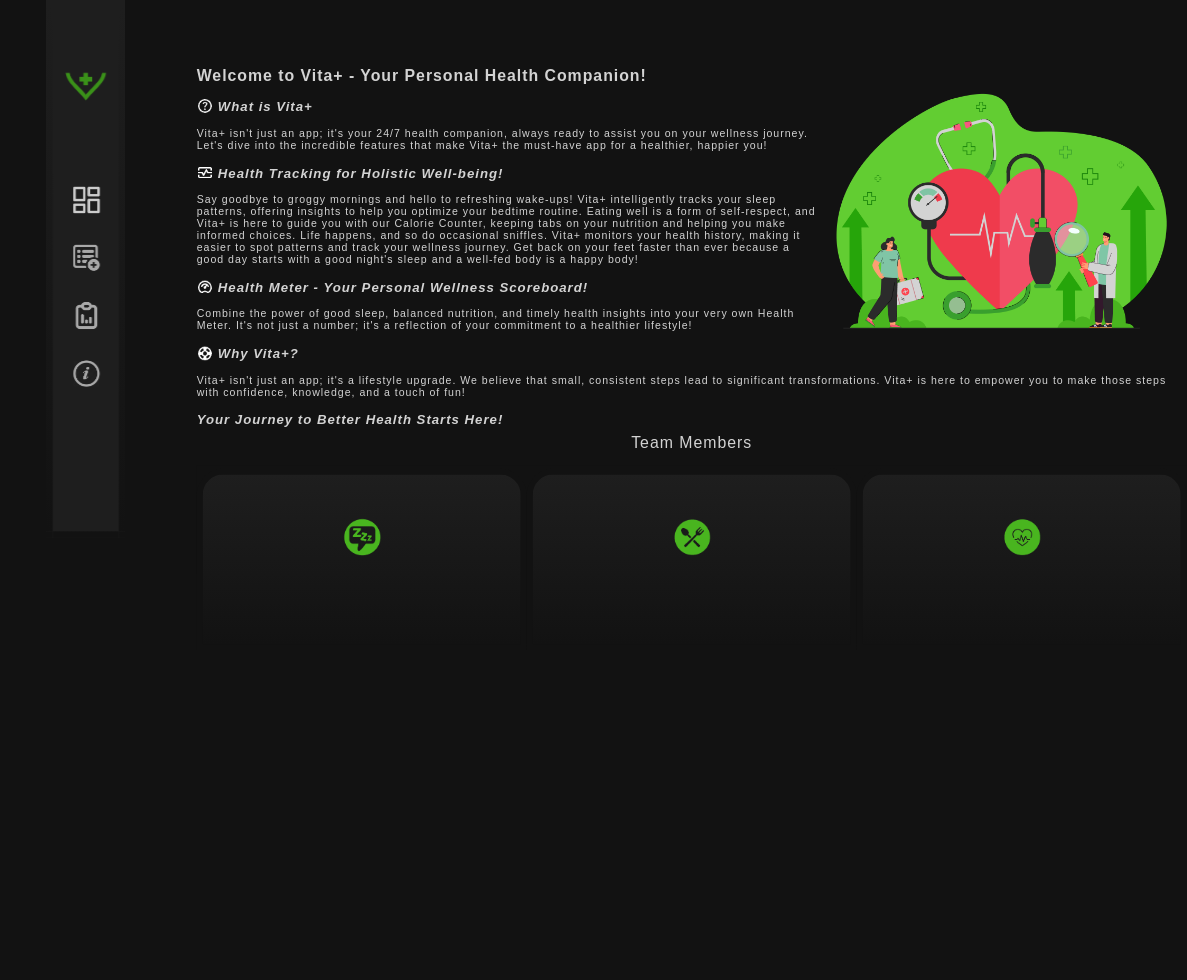
Repository: mhmd-bilal/health-analytics-dashboard
Page: http://localhost/project/info.jsp
These files come from the project's save history. The page is drawn as it stood at one moment and after the next save; the edit follows.
The browser window is 1280 px wide. The page is 1798 px wide, so the pictures cover 1798 px, including what lies to the right of the window. The pictures show the whole page, at 66% of full size.
Some web fonts or font styles are not loaded; a fallback is used. Some web libraries are served in a nearby version. The page is served by Tomcat 10.

Above is the page before, as saved 2023-12-06 15:54:45.

After the next save:
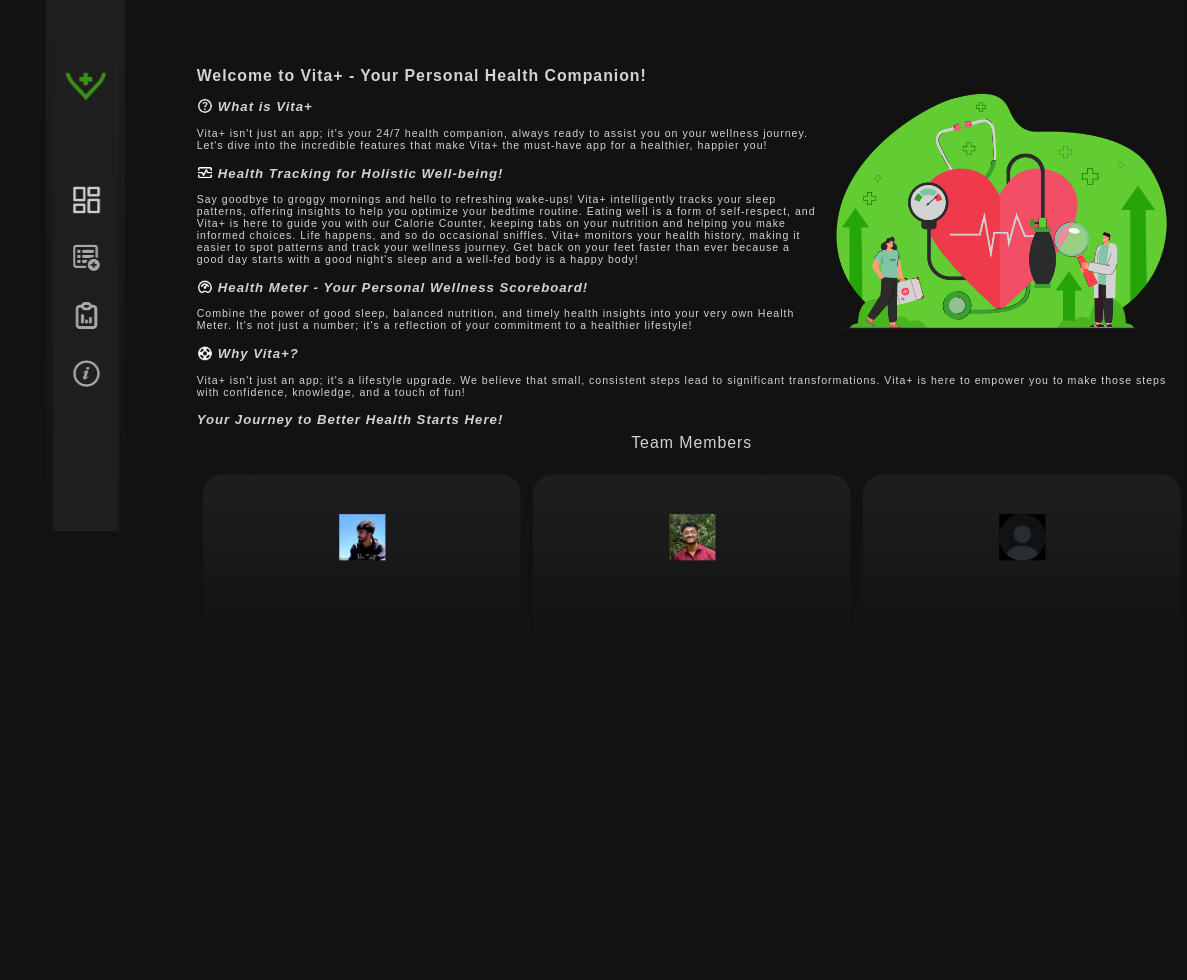
Saved 15 min 32 s later.
--- a/project/src/main/webapp/info.jsp
+++ b/project/src/main/webapp/info.jsp
@@ -89,16 +89,15 @@ Vita+ isn't just an app; it's a lifestyle upgrade. We believe that small, consis
     <h2 style="font-weight: 400;">Team Members</h2>
     <div class="choose">
         <div class="choose-card">
-        <a class="choose-btn" href="https://www.linkedin.com/in/rithisnaha/"><img src="sleep-green.png"></a>
+        <a class="choose-btn" href="https://www.linkedin.com/in/rithisnaha/"><img src="1.png"></a>
     </div>
         <div class="choose-card">
-        <a class="choose-btn" href="#" onclick="showInputFields('food')"><img src="food-green.png"></a>
+        <a class="choose-btn" href="https://www.linkedin.com/in/rithisnaha/"><img src="2.png"></a>
     </div>
         <div class="choose-card">
-        <a class="choose-btn" href="#" onclick="showInputFields('illness')"><img src="ill-green.png"></a>
+        <a class="choose-btn" href="https://www.linkedin.com/in/rithisnaha/")"><img src="3.png"></a>
         </div>
     </div>
-    <iframe id="formFrame" name="formFrame" width="100%" height="300px" frameborder="0"></iframe>
 
 </div>
 
